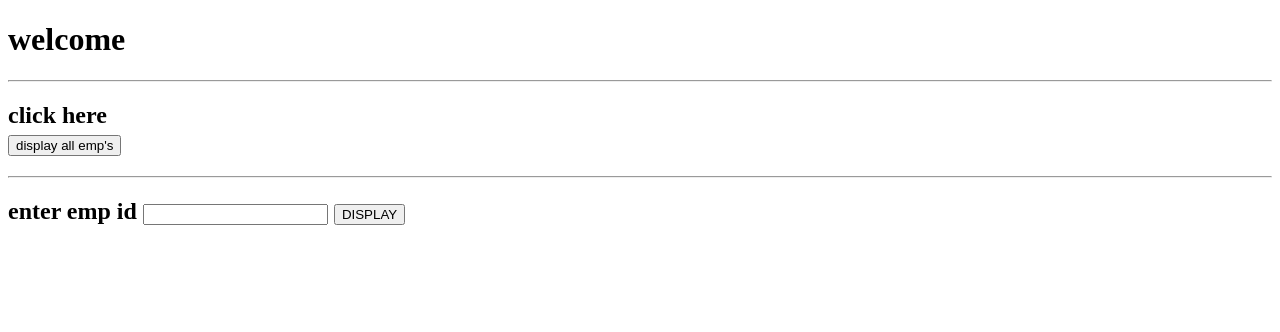
Repository: Saikumar6901/DBSTrainingModules
Page: http://localhost/dbsdemo/Viewall.jsp
These files come from the project's save history. The page is drawn as it stood at one moment and after the next save; the edit follows.
The browser window is 1280 px wide. The pictures show the whole page.
The page is served by Tomcat 9. Other server files are loaded and not shown.

Above is the page before, as saved 2019-08-17 05:01:26.

### workspace-spring-tool-suite-4-4.3.2.RELEASE/dbsdemo/src/main/webapp/Viewall.jsp
<%@ page language="java" contentType="text/html; charset=ISO-8859-1"
    pageEncoding="ISO-8859-1"%>
<!DOCTYPE html>
<html>
<head>
<meta charset="ISO-8859-1">
<title>Insert title here</title>
</head>
<body>
<h1> welcome</h1>
<hr>
 <form action="displayAll">
<h2>
click here<br>
<input type="submit" name="submit" value="display all emp's">
</h2>
</form>

<hr>

<form action="displayByID" method="post">
<h2>
enter emp id <input type="text" name="eid">
<input type="submit" name="submit" value="DISPLAY">
</h2></form>


</body>
</html>

After the next save:
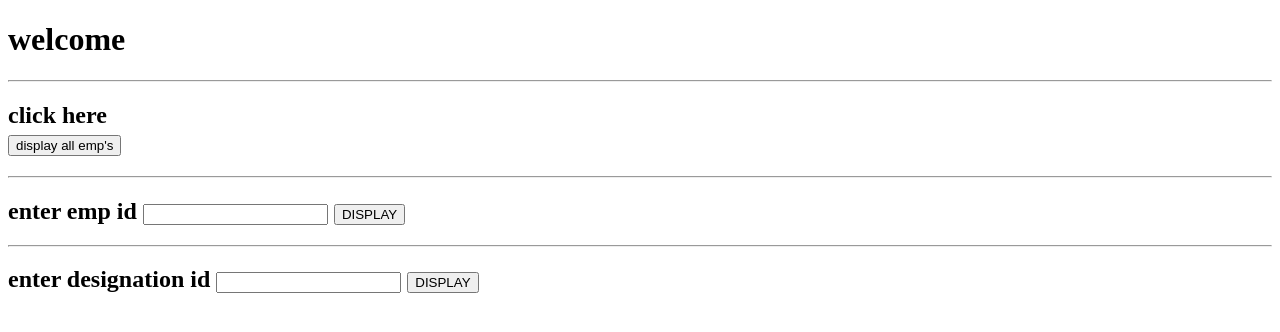
Saved 19 s later.
--- a/workspace-spring-tool-suite-4-4.3.2.RELEASE/dbsdemo/src/main/webapp/Viewall.jsp
+++ b/workspace-spring-tool-suite-4-4.3.2.RELEASE/dbsdemo/src/main/webapp/Viewall.jsp
@@ -24,6 +24,13 @@ enter emp id <input type="text" name="eid">
 <input type="submit" name="submit" value="DISPLAY">
 </h2></form>
 
+<hr>
 
+<form action="displayByDesign" method="post">
+<h2>
+enter designation id <input type="text" name="design">
+<input type="submit" name="submit" value="DISPLAY">
+</h2>
+</form>
 </body>
 </html>
